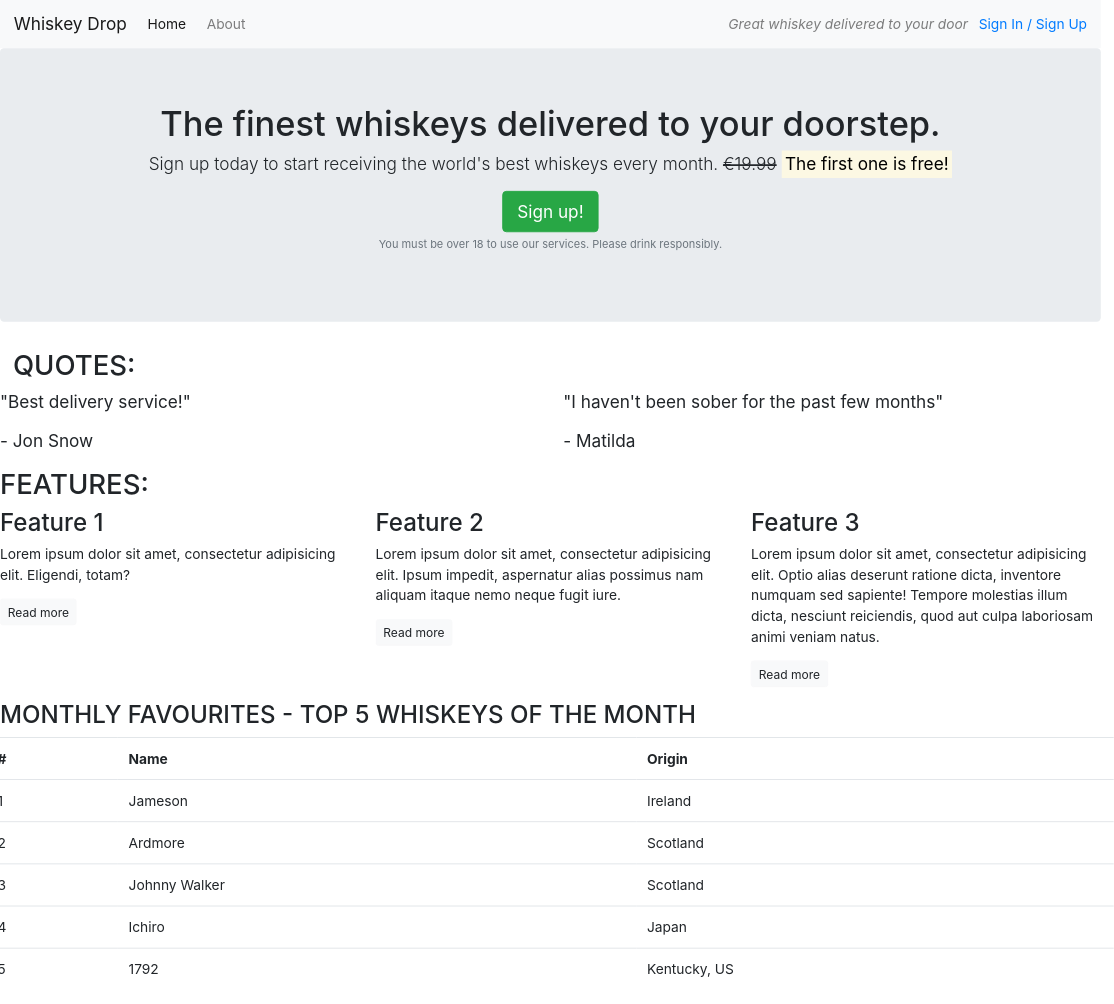
Repository: mkuti/Whiskey_website_using_Bootstrap
Page: index.html
The author's editor kept a record of every edit. The page is drawn from the files as they stood at one moment, then again after the next edit.
The browser window is 1280 px wide. The page is 1295 px wide, so the pictures cover 1295 px, including what lies to the right of the window. The pictures show the whole page, at 86% of full size.

Above is the page before.

After the next edit:
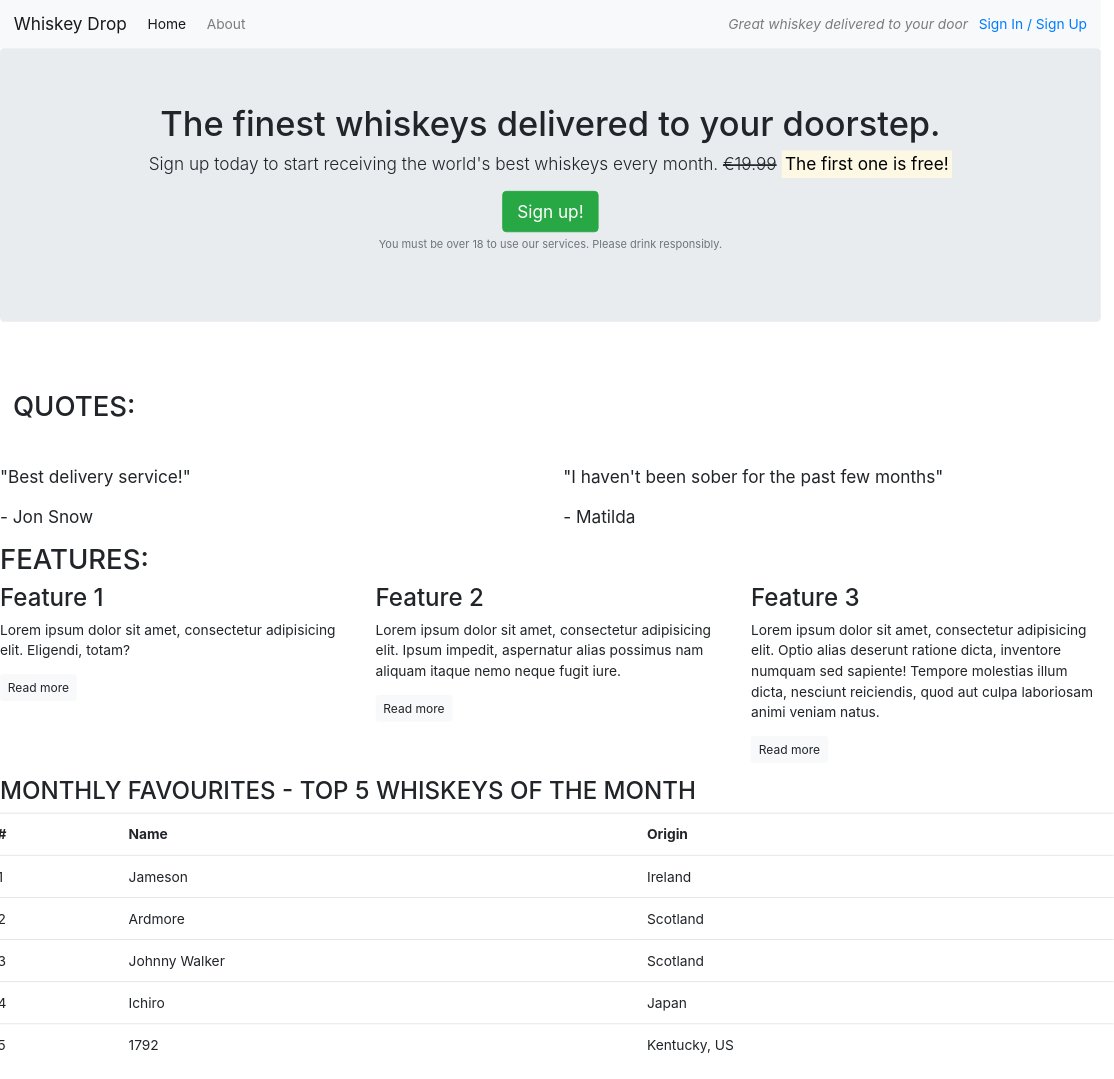
The edit:
--- a/index.html
+++ b/index.html
@@ -44,7 +44,7 @@
 
         <!-- Quotes -->
         <section class="quotes">
-            <div class="col-12">
+            <div class="col-12 my-5">
                 <h2 class="text-uppercase">Quotes:</h2>
             </div>
             <div class="row">
